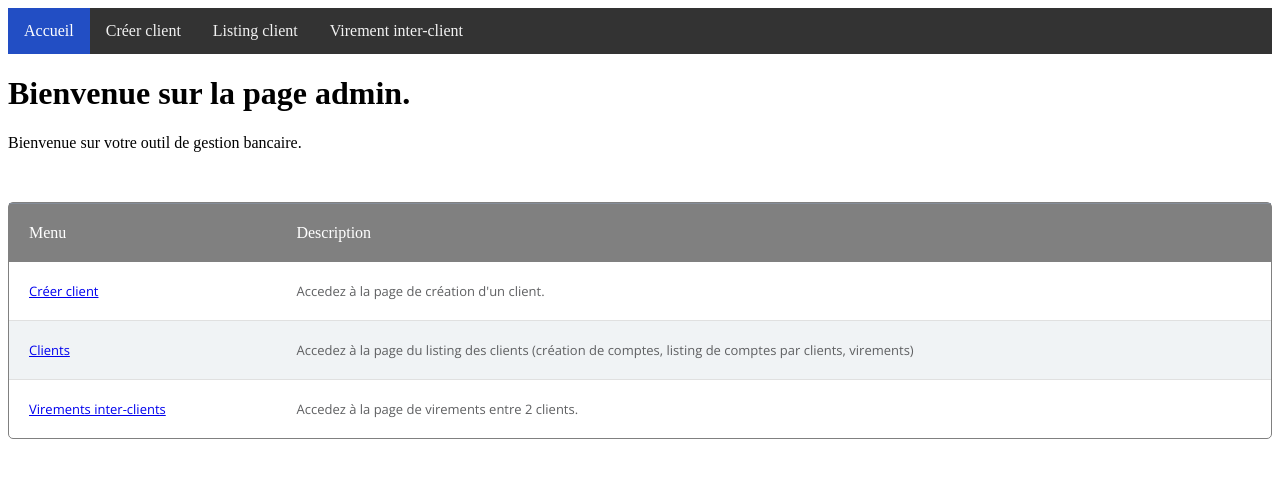
Repository: LoicAuge/Projet-Banque-Java-Spring
Page: http://localhost/banque-www/WEB-INF/views/admin.jsp
These files come from the project's save history. The page is drawn as it stood at one moment and after the next save; the edit follows.
The browser window is 1280 px wide. The pictures show the whole page.
Some web fonts or font styles are not loaded; a fallback is used. The page is served by Tomcat 9. Nobody is signed in. Other server files are loaded and not shown. The template is opened directly, without the code that normally fills it, so the values that code supplies are empty.

Above is the page before, as saved 2021-01-05 15:50:41.

### banque-www/src/main/webapp/WEB-INF/views/admin.jsp
<%@ taglib uri="http://java.sun.com/jsp/jstl/core" prefix="c" %>
<%@ page session="false" %>
<html>
<head>
	<title>Home</title>
</head>
<body>
<div class="topnav">
  <a class="active" href="/banque">Accueil</a>
  <a href="createClient">Créer client</a>
  <a href="listingClient">Listing client</a>
  <a href="setVirementInter">Virement inter-client</a>
</div>
<h1>
	Bienvenue sur la page admin.
</h1>
<style>
@import url(https://fonts.googleapis.com/css?family=Patua+One|Open+Sans);
p, h1, li {
	font-family: 'Patua One', cursive;
	/*border-collapse: collapse;*/
	width: 100%;
}
.topnav {
  background-color: #333;
  overflow: hidden;
}
/* Style the links inside the navigation bar */
.topnav a {
  float: left;
  color: #f2f2f2;
  text-align: center;
  padding: 14px 16px;
  text-decoration: none;
  font-family: 'Patua One', cursive;
  font-size:16px;
  font-weight:400;
}

/* Change the color of links on hover */
.topnav a:hover {
  background-color: #ddd;
  color: black;
}

/* Add a color to the active/current link */
.topnav a.active {
  background-color: #224EC4;
  color: white;
}
table {
  border-collapse: separate;
  width: 100%;
  background:#fff;
  border-radius:5px;
  margin:50px auto;
  border:1px solid grey;
  border-spacing:0px;
}

thead {
   border-radius:15px;
}

thead th {
  font-family: 'Patua One', cursive;
  font-size:16px;
  font-weight:400;
  color:#fff;
  text-align:left;
  padding:20px;
  background:grey;
  border-top:1px solid #858d99;

  /*&:first-child {
   @include border-top-left-radius(5px);
  }

  &:last-child {
    @include border-top-right-radius(5px);
  }*/
}

tbody tr td {
  font-family: 'Open Sans', sans-serif;
  font-weight:400;
  color:#5f6062;
  font-size:13px;
  padding:20px 20px 20px 20px;
  border-bottom:1px solid #e0e0e0;

}

tbody tr:nth-child(2n) {
  background:#f0f3f5;
}

tbody tr:last-child td {
  border-bottom:none;
  &:first-child {
    @include border-bottom-left-radius(5px);
  }
  &:last-child {
    @include border-bottom-right-radius(5px);
  }
}

tbody:hover > tr td {
  @include opacity(0.5);

  /* uncomment for blur effect */
  /* color:transparent;
  @include text-shadow(0px 0px 2px rgba(0,0,0,0.8));*/
}

tbody:hover > tr:hover td {
  @include text-shadow(none);
  color:#2d2d2d;
  @include opacity(1.0);
}
</style>
<P>  Bienvenue sur votre outil de gestion bancaire. </P>
<table>
        <thead><tr><th>Menu</th><th>Description</th></tr></thead>
		<tbody>
        <tr><td><a href="createClient">Créer client</a> </td><td>Accedez à la page de création d'un client.</td></tr>
        <tr><td><a href="listingClient">Clients</a> </td><td>Accedez à la page du listing des clients (création de comptes, listing de comptes par clients, virements)</td></tr>
        <tr><td><a href=setVirementInter>Virements inter-clients</a> </td><td>Accedez à la page de virements entre 2 clients.</td></tr>
</tbody>
    </table>
</body>
</html>

After the next save:
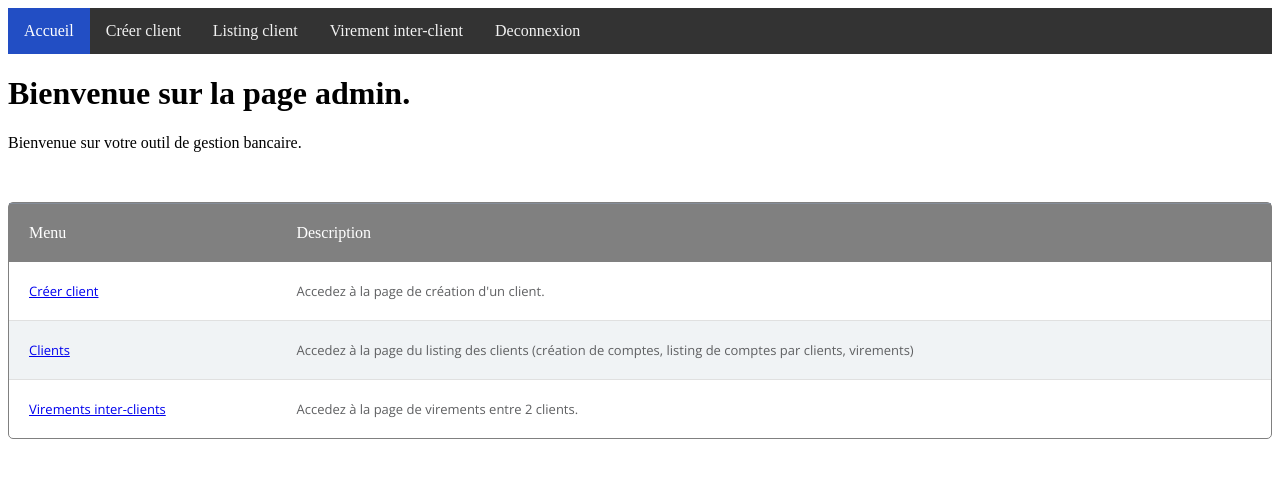
Saved 6 min 39 s later.
--- a/banque-www/src/main/webapp/WEB-INF/views/admin.jsp
+++ b/banque-www/src/main/webapp/WEB-INF/views/admin.jsp
@@ -10,6 +10,7 @@
   <a href="createClient">Créer client</a>
   <a href="listingClient">Listing client</a>
   <a href="setVirementInter">Virement inter-client</a>
+  <a href="<c:url value="/j_spring_security_logout"/>">Deconnexion</a>
 </div>
 <h1>
 	Bienvenue sur la page admin.
